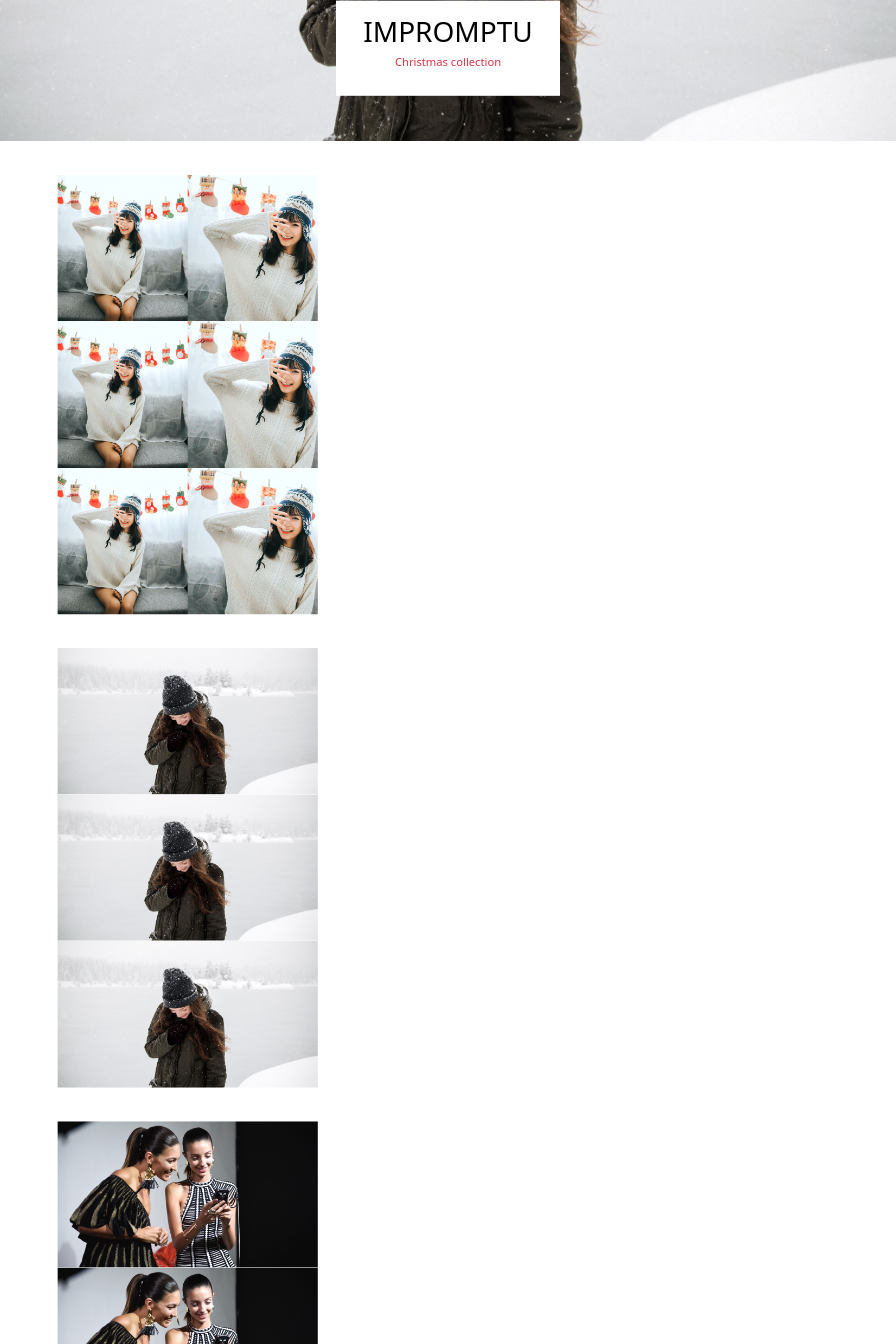
Repository: michalgornicki/Impromptu
Page: /
The author's editor kept a copy of each file at every save. The page is drawn from the files as they stood at one save, then again after a run of saves.
The browser window is 1280 px wide. The pictures show the part of the page from y = 547 to 2467 px (the page is 3407 px tall before and 2988 px after), at 70% of full size.
The project was rebuilt for these pictures with package versions that can differ from the ones it lists, and the page was loaded fresh each time.

Above is the page before, as saved 2021-12-23 14:38:19.

### src/App.jsx
import React from "react";
import "./App.css";
import "bootstrap/dist/css/bootstrap.min.css";
import Container from "react-bootstrap/Container";
import Navbar from "react-bootstrap/Navbar";
import Nav from "react-bootstrap/Nav";
import NavDropdown from "react-bootstrap/NavDropdown";
import Carousel from "react-bootstrap/Carousel";
import Row from "react-bootstrap/Row";
import Col from "react-bootstrap/Col";
import photo1 from "./1.jpg";
import photo2 from "./2.jpg";
import photo3 from "./3.jpg";
import photo4 from "./4.jpg";
import photo5 from "./5.jpg";

function App() {
  return (
    <p>
      <Navbar
        collapseOnSelect
        expand="lg"
        bg="light"
        variant="light"
        className="py-4 display-8 text-dark"
      >
        <Container>
          <Navbar.Brand href="#home" className="w-20 text-bold">IMPROMPTU</Navbar.Brand>
          <Navbar.Toggle aria-controls="responsive-navbar-nav" />
          <Navbar.Collapse id="responsive-navbar-nav">
            <Nav className="me-auto">
              <NavDropdown title="ONA" id="collasible-nav-dropdown">
                <NavDropdown.Item href="#action/3.1">Item</NavDropdown.Item>
                <NavDropdown.Item href="#action/3.2">
                Item
                </NavDropdown.Item>
                <NavDropdown.Item href="#action/3.3">
                Item
                </NavDropdown.Item>
                <NavDropdown.Item href="#action/3.4">
                Item
                </NavDropdown.Item>
                <NavDropdown.Item href="#action/3.4">
                Item
                </NavDropdown.Item>
                <NavDropdown.Item href="#action/3.4">
                Item
                </NavDropdown.Item>
                <NavDropdown.Item href="#action/3.4">
                Item
                </NavDropdown.Item>
                <NavDropdown.Item href="#action/3.4">
                Item
                </NavDropdown.Item>
                <NavDropdown.Item href="#action/3.4">
                Item
                </NavDropdown.Item>
                <NavDropdown.Item href="#action/3.4">
                Item
                </NavDropdown.Item>

              </NavDropdown>
              <NavDropdown title="ON" id="collasible-nav-dropdown">
                <NavDropdown.Item href="#action/3.1">Item</NavDropdown.Item>
                <NavDropdown.Item href="#action/3.2">
                Item
                </NavDropdown.Item>
                <NavDropdown.Item href="#action/3.3">
                Item
                </NavDropdown.Item>
                <NavDropdown.Item href="#action/3.4">
                Item
                </NavDropdown.Item>
                <NavDropdown.Item href="#action/3.4">
                Item
                </NavDropdown.Item>
                <NavDropdown.Item href="#action/3.4">
                Item
                </NavDropdown.Item>
                <NavDropdown.Item href="#action/3.4">
                Item
                </NavDropdown.Item>
              </NavDropdown>
              <Nav.Link href="#pricing">NOWOŚCI</Nav.Link>
              <Nav.Link href="#pricing">PROMOCJE</Nav.Link>
              <NavDropdown title="OUTLET" id="collasible-nav-dropdown">
                <div className="flex flex-column">
                  <div className="container">
                <NavDropdown.Item href="#action/3.1">Item</NavDropdown.Item>
                <NavDropdown.Item href="#action/3.2">
                Item
                </NavDropdown.Item>
                <NavDropdown.Item href="#action/3.3">
                Item
                </NavDropdown.Item>
                <NavDropdown.Item href="#action/3.4">
                Item
                </NavDropdown.Item>
                <NavDropdown.Item href="#action/3.4">
                Item
                </NavDropdown.Item>
                <NavDropdown.Item href="#action/3.4">
                Item
                </NavDropdown.Item>
                <NavDropdown.Item href="#action/3.4">
                Item
                </NavDropdown.Item>
                <NavDropdown.Item href="#action/3.4">
                Item
                </NavDropdown.Item>
                </div>
                <div className="container">
                <NavDropdown.Item href="#action/3.1">Item</NavDropdown.Item>
                <NavDropdown.Item href="#action/3.2">
                Item
                </NavDropdown.Item>
                <NavDropdown.Item href="#action/3.3">
                Item
                </NavDropdown.Item>
                <NavDropdown.Divider />
                <NavDropdown.Item href="#action/3.4">
                Item
                </NavDropdown.Item>
                </div>
                </div>
              </NavDropdown>
            </Nav>
            <Nav>
              <Nav.Link href="#deets">LOGOWANIE</Nav.Link>
              <Nav.Link href="#memes">MÓJ KOSZYK</Nav.Link>
            </Nav>
          </Navbar.Collapse>
        </Container>
      </Navbar>

      <Carousel variant="dark" indicators={false} pause="false">
  <Carousel.Item>
    <img
      className="d-block w-100"
      src={photo1}
      alt="First slide"
    />
    <Carousel.Caption>
      <h5 className="display-6">IMPROMPTU</h5>
      <p className="text-danger">Christmas collection</p>
    </Carousel.Caption>
  </Carousel.Item>
  <Carousel.Item>
    <img
      className="d-block w-100"
      src={photo2}
      alt="Second slide"
    />
    <Carousel.Caption>
    <h5 className="display-6">IMPROMPTU</h5>
      <p className="text-danger">Christmas collection</p>
    </Carousel.Caption>
  </Carousel.Item>
  <Carousel.Item>
    <img
      className="d-block w-100"
      src={photo3}
      alt="Third slide"
    />
    <Carousel.Caption>
    <h5 className="display-6">IMPROMPTU</h5>
      <p className="text-danger">Christmas collection</p>
    </Carousel.Caption>
  </Carousel.Item>
  <Carousel.Item>
    <img
      className="d-block w-100"
      src={photo4}
      alt="Third slide"
    />
    <Carousel.Caption>
    <h5 className="display-6">IMPROMPTU</h5>
      <p className="text-danger">Christmas collection</p>
    </Carousel.Caption>
  </Carousel.Item>
  <Carousel.Item>
    <img
      className="d-block w-100"
      src={photo5}
      alt="Third slide"
    />
    <Carousel.Caption>
    <h5 className="display-6">IMPROMPTU</h5>
      <p className="text-danger">Christmas collection</p>
    </Carousel.Caption>
  </Carousel.Item>
</Carousel>

<Container className="mt-5">
<div className="mb-5 flex flex-row">
  <div className="overflow-hidden w-33"><img className="grid-item" src={photo1} alt="" /></div>
  <div className="overflow-hidden w-33"><img className="grid-item" src={photo1} alt="" /></div>
  <div className="overflow-hidden w-33"><img className="grid-item" src={photo1} alt="" /></div>
</div>
<div className="mb-5">
<div className="overflow-hidden"><img className="grid-item" src={photo2} alt="" /></div>
<div className="overflow-hidden"><img className="grid-item" src={photo2} alt="" /></div>
<div className="overflow-hidden"><img className="grid-item" src={photo2} alt="" /></div>
</div>
<div className="mb-5">
<div className="overflow-hidden"><img className="grid-item" src={photo3} alt="" /></div>
<div className="overflow-hidden"> <img className="grid-item" src={photo3} alt="" /></div>
<div className="overflow-hidden"> <img className="grid-item" src={photo3} alt="" /></div>
</div>
</Container>

<Nav
  activeKey="/home"
  className="mt-5 pt-5 bg-lightgray"
>
  <Row className="w-75 m-auto">
  <Col>
  <div className="display-7 mb-2">
    Pomoc i kontakt
  </div>
  <Nav.Item>
    <Nav.Link className="text-slim" eventKey="link-1">At vero eos et accusamus</Nav.Link>
  </Nav.Item>
  <Nav.Item>
    <Nav.Link className="text-slim" eventKey="link-2">At vero eos et accusamus</Nav.Link>
  </Nav.Item>
  <Nav.Item>
    <Nav.Link className="text-slim" eventKey="link-2">At vero eos et accusamus</Nav.Link>
  </Nav.Item>
  <Nav.Item>
    <Nav.Link className="text-slim" eventKey="link-2">At vero eos et accusamus</Nav.Link>
  </Nav.Item>
  <Nav.Item>
    <Nav.Link className="text-slim" eventKey="link-2">At vero eos et accusamus</Nav.Link>
  </Nav.Item>
  <Nav.Item>
    <Nav.Link className="text-slim" eventKey="link-2">At vero eos et accusamus</Nav.Link>
  </Nav.Item>
  </Col>
  <Col>
  <div className="display-7 mb-2">
    O Impromtu
  </div>
  <Nav.Item>
    <Nav.Link className="text-slim" eventKey="link-1">At vero eos et accusamus</Nav.Link>
  </Nav.Item>
  <Nav.Item>
    <Nav.Link className="text-slim" eventKey="link-2">At vero eos et accusamus</Nav.Link>
  </Nav.Item>
  <Nav.Item>
  <Nav.Item>
    <Nav.Link className="text-slim" eventKey="link-2">At vero eos et accusamus</Nav.Link>
  </Nav.Item>
  </Nav.Item>
  </Col>
  <Col>
  <div className="display-7 mb-2">
    Nasze zalety
  </div>
  <Nav.Item>
    <Nav.Link className="text-slim" eventKey="link-1">At vero eos et accusamus</Nav.Link>
  </Nav.Item>
  <Nav.Item>
    <Nav.Link className="text-slim" eventKey="link-2">At vero eos et accusamus</Nav.Link>
  </Nav.Item>
  <Nav.Item>
  <Nav.Item>
    <Nav.Link className="text-slim" eventKey="link-2">At vero eos et accusamus</Nav.Link>
  </Nav.Item>
  <Nav.Item>
    <Nav.Link className="text-slim" eventKey="link-2">At vero eos et accusamus</Nav.Link>
  </Nav.Item>
  <Nav.Item>
    <Nav.Link className="text-slim" eventKey="link-2">At vero eos et accusamus</Nav.Link>
  </Nav.Item>
  </Nav.Item>
  </Col>
  <Col>
  <div className="display-7 mb-2">
    Zostań naszym partnerem
  </div>
  <Nav.Item>
    <Nav.Link className="text-slim" eventKey="link-1">At vero eos et accusamus</Nav.Link>
  </Nav.Item>
  <Nav.Item>
    <Nav.Link className="text-slim" eventKey="link-2">At vero eos et accusamus</Nav.Link>
  </Nav.Item>
  <Nav.Item>
  <Nav.Item>
    <Nav.Link className="text-slim" eventKey="link-2">At vero eos et accusamus</Nav.Link>
  </Nav.Item>
  <Nav.Item>
    <Nav.Link className="text-slim" eventKey="link-2">At vero eos et accusamus</Nav.Link>
  </Nav.Item>
  <Nav.Item>
    <Nav.Link className="text-slim" eventKey="link-2">At vero eos et accusamus</Nav.Link>
  </Nav.Item>
  <Nav.Item>
    <Nav.Link className="text-slim" eventKey="link-2">At vero eos et accusamus</Nav.Link>
  </Nav.Item>
  <Nav.Item>
    <Nav.Link className="text-slim" eventKey="link-2">At vero eos et accusamus</Nav.Link>
  </Nav.Item>
  </Nav.Item>
  </Col>
  </Row>
</Nav>


    </p>
  );
}

export default App;

### src/App.css
.w-20{
    width: 20%!important;
}

. w-33{
    width: 33.333%!important;
}

.text-bold{
    font-weight: 900!important;
}

.text-slim{
    font-weight: 100!important;
}

.navbar-brand{
    font-size: 1.8rem!important;
}

.display-7{
    font-size: 1.3rem;
}

.display-8{
    font-size: 1rem;
}

.nav-link {
    color: black!important;
}

.carousel img {
    height: 90vh;
    object-fit: cover;
}

.carousel-caption{
    background-color: rgba(255, 255, 255, 1);
    bottom: 10%!important;
    width: 25%;
    margin: auto;
}

.bg-lightgray{
    background-color: rgb(230, 230, 230);
}

.grid-item{
    width: 33.333%;
   }

.grid-item:hover{
 transform: scale(1.1);
}

.overflow-hidden{
}

Loaded but not shown: public/index.html (common file); src/index.js (common file); src/index.css (common file); src/reportWebVitals.js (common file)

After the next 3 saves:
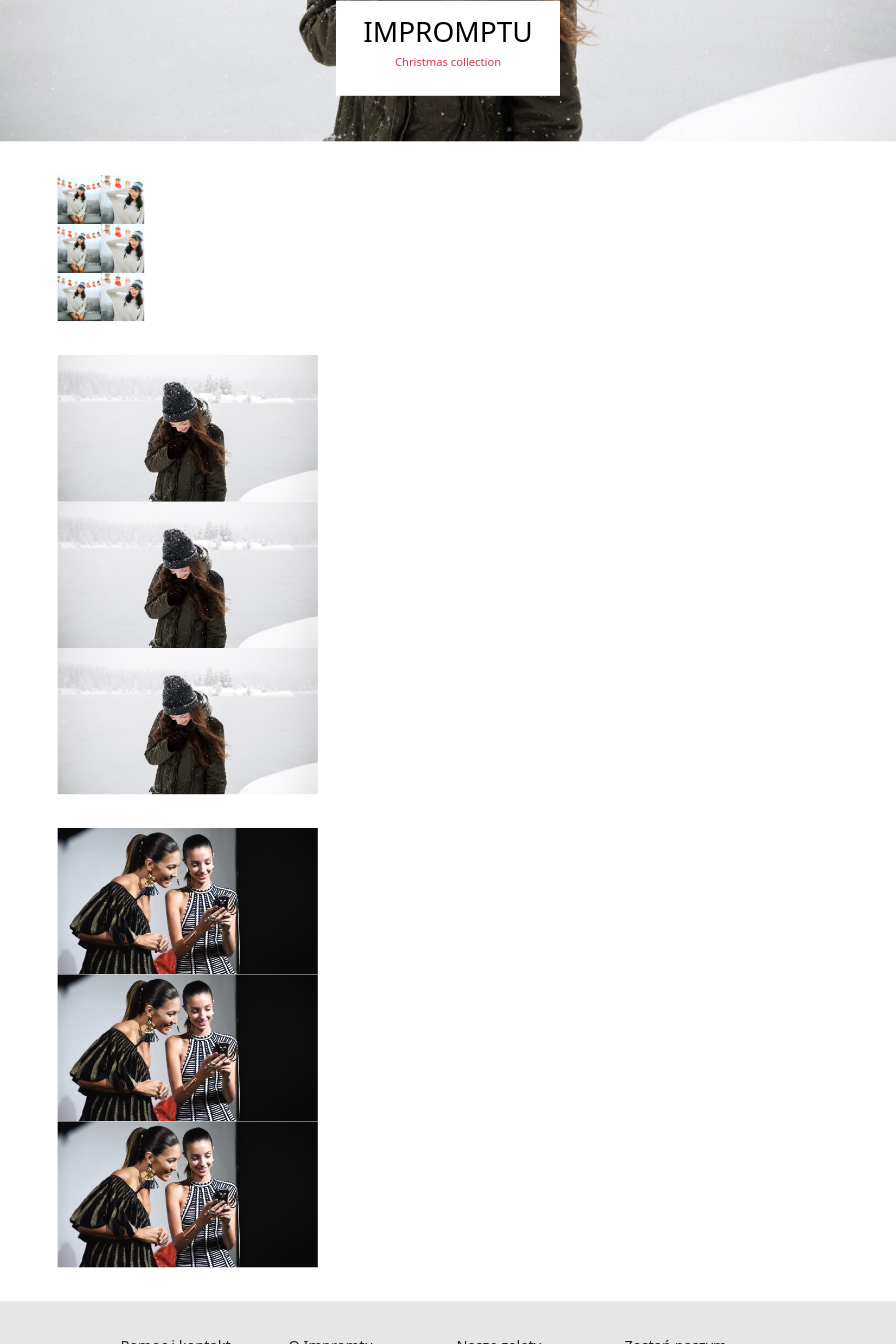
The 3 saves are shown as one change because they came seconds apart.
The last was saved 9 s later.
--- a/src/App.css
+++ b/src/App.css
@@ -2,7 +2,7 @@
     width: 20%!important;
 }
 
-. w-33{
+.w-33{
     width: 33.333%!important;
 }
 
